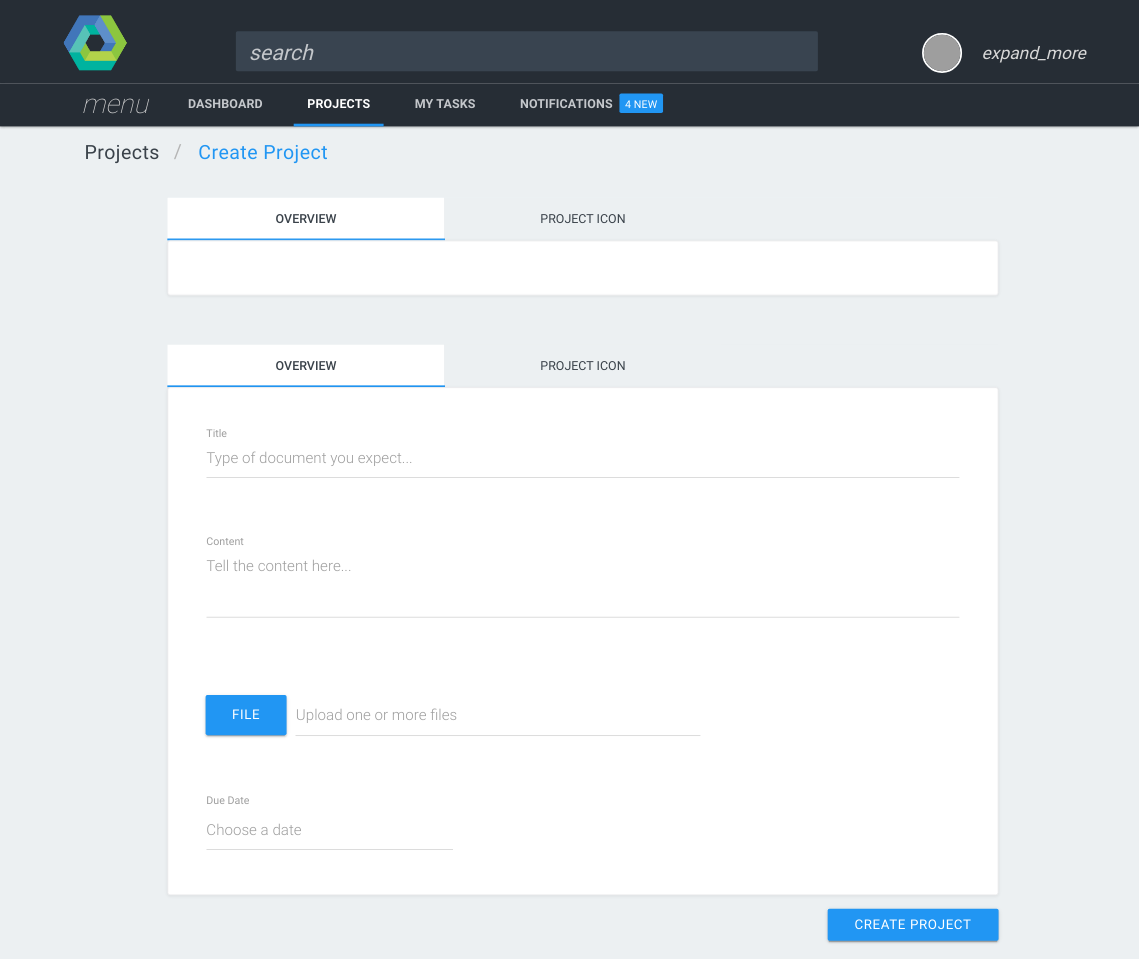
Repository: RenanChagas/ProjectManagement
Page: http://localhost/finalproject/WEB-INF/views/projectCreate.jsp
An editor plug-in stored every save of this project. The page is shown before and after the next save, followed by the edit.
The browser window is 1280 px wide. The pictures show the whole page, at 89% of full size.
Pictures or frames that could not be fetched are drawn as grey boxes. The page is served by Tomcat 9. Nobody is signed in. The template is opened directly, without the code that normally fills it, so the values that code supplies are empty.

Above is the page before, as saved 2017-09-09 19:53:13.

After the next save:
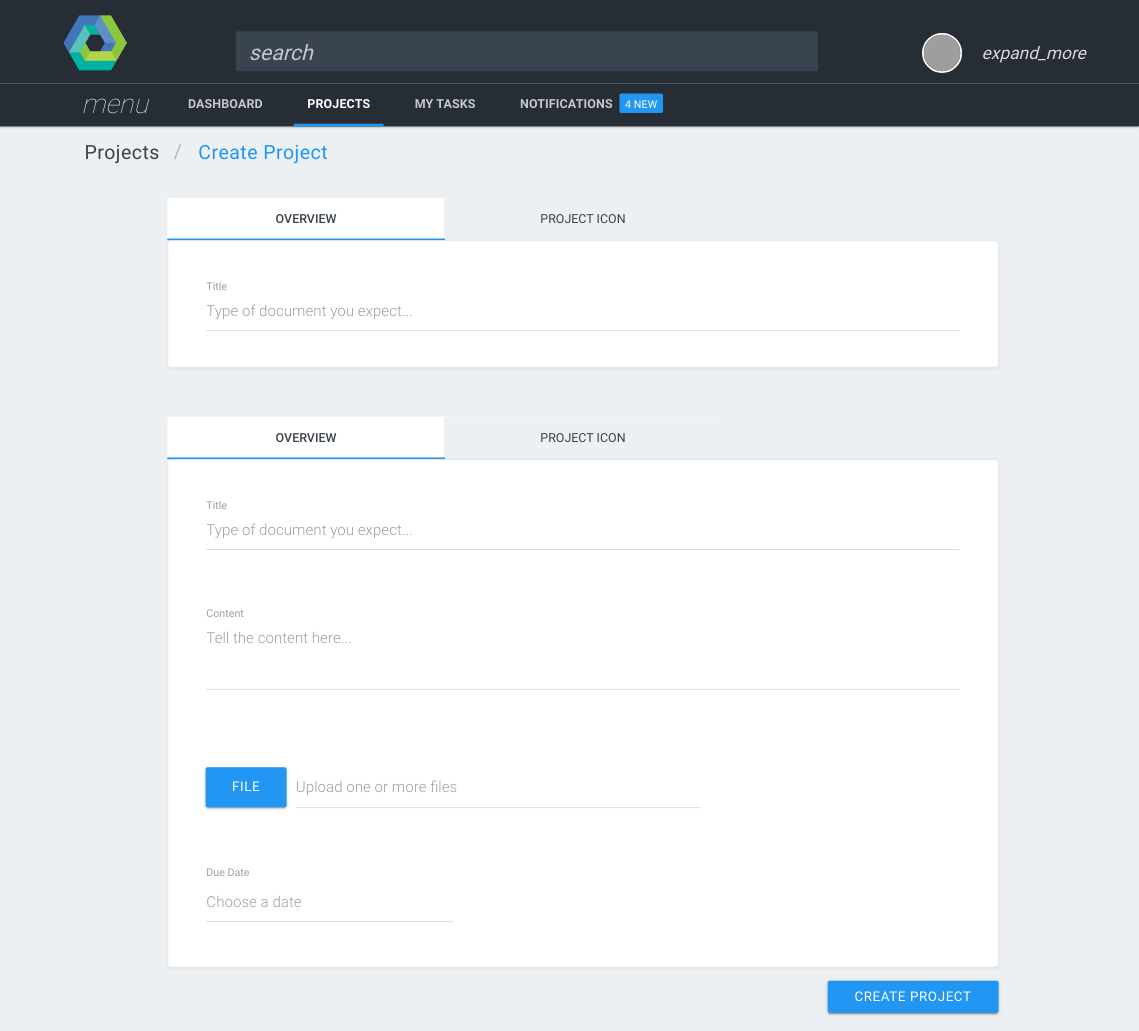
Saved 30 s later.
--- a/finalproject/src/main/webapp/WEB-INF/views/projectCreate.jsp
+++ b/finalproject/src/main/webapp/WEB-INF/views/projectCreate.jsp
@@ -186,7 +186,12 @@
                 	<div class="MDC-card-news-container">
                 		<!-- Title -->
                         <div class="row MDC-margin-top40">
-
+                           	<div class="input-field col s12">
+                            	<input id="input_text" placeholder="Type of document you expect..." type="text"
+                                	data-length="20" class="MDC-border-grey-light MDC-font-17 MDC-color-grey-dark-2
+                                    						MDC-font-weight-300">
+                                <label for="input_text">Title</label>
+                           </div>
                         </div>
                         <!-- Title-END-->
                 	</div>
